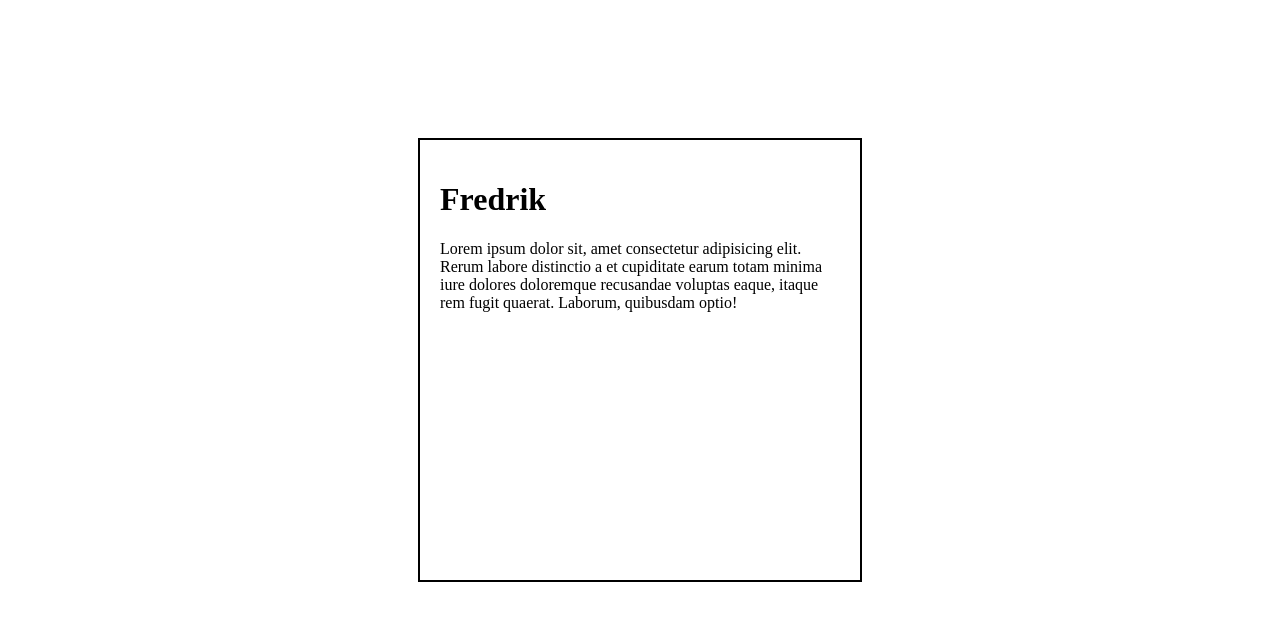
Repository: FreddyBoyEng/FreddyBoyEng.github.io
Page: flex-vareoversikt/index.html
The author's editor kept a copy of each file at every save. The page is drawn from the files as they stood at one save, then again after the next save.
The browser window is 1280 px wide. The pictures show the whole page.

Above is the page before, as saved 2024-09-11 13:05:48.

### flex-vareoversikt/index.html
<!DOCTYPE html>
<html lang="en">
<head>
    <meta charset="UTF-8">
    <meta name="viewport" content="width=device-width, initial-scale=1.0">
    <title>Document</title>
    <link rel="stylesheet" href="style.css">
</head>
<body>
   <div id="boks">
    <h1>
        Fredrik
    </h1>
    <p>
        Lorem ipsum dolor sit, amet consectetur adipisicing elit. Rerum labore distinctio a et cupiditate earum totam minima iure dolores doloremque recusandae voluptas eaque, itaque rem fugit quaerat. Laborum, quibusdam optio!
    </p>
   </div>
</body>
</html>

### flex-vareoversikt/style.css
html, body {
    height: 100%;
    margin: 0;
    padding: 0;
}

#boks {
    border: 2px solid black;
    width: 400px;
    height: 400px;
    padding: 20px;
}

body {
    display: flex;
    justify-content: center;
    align-items: center;
}

After the next save:
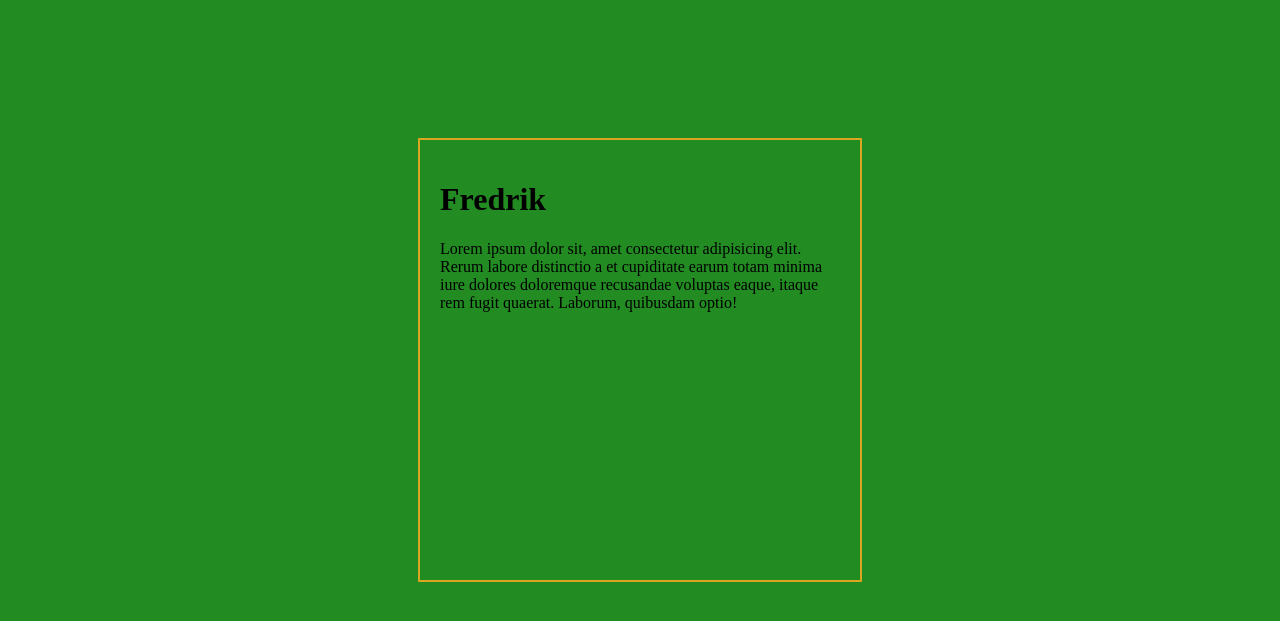
Saved 92 s later.
--- a/flex-vareoversikt/style.css
+++ b/flex-vareoversikt/style.css
@@ -5,7 +5,7 @@ html, body {
 }
 
 #boks {
-    border: 2px solid black;
+    border: 2px solid goldenrod;
     width: 400px;
     height: 400px;
     padding: 20px;
@@ -15,4 +15,5 @@ body {
     display: flex;
     justify-content: center;
     align-items: center;
+    background-color: forestgreen;
 }
